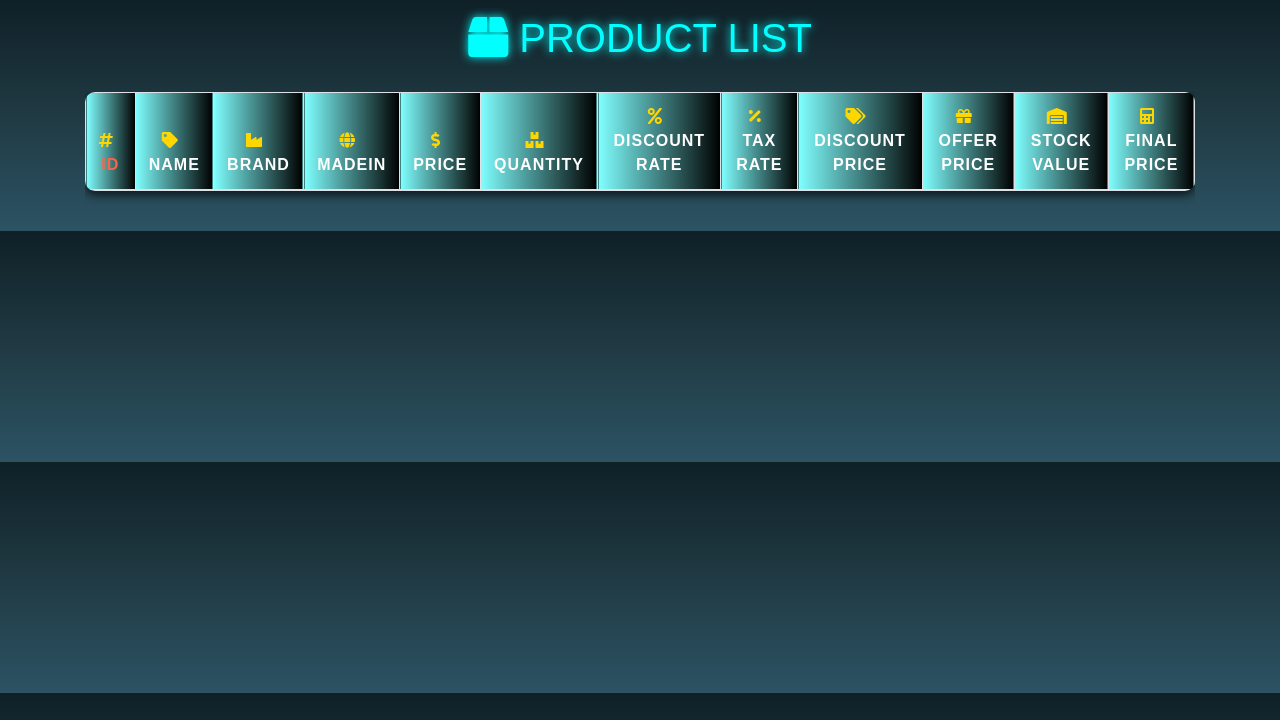
Repository: Ravi-kishor-09/Ravi-projects
Page: http://localhost/product-list
These files come from the project's save history. The page is drawn as it stood at one moment and after the next save; the edit follows.
The browser window is 1280 px wide. The pictures show the whole page.
The page is this project's Thymeleaf template; nobody is signed in. The template is opened directly, without the code that normally fills it, so the values that code supplies are empty.

Above is the page before, as saved 2024-12-20 19:21:21.

### spring1/src/main/resources/templates/product-list.html
<!DOCTYPE html>
<html lang="en">
<head>
    <meta charset="UTF-8">
    <meta name="viewport" content="width=device-width, initial-scale=1.0">
    <title>Product List</title>
    <!-- Bootstrap CSS -->
    <link href="https://maxcdn.bootstrapcdn.com/bootstrap/4.5.2/css/bootstrap.min.css" rel="stylesheet">
    <!-- Font Awesome for Icons -->
    <link href="https://cdnjs.cloudflare.com/ajax/libs/font-awesome/5.15.4/css/all.min.css" rel="stylesheet">
    <style>
        /* General Styles */
        body {
            background: linear-gradient(to bottom, #0f2027, #203a43, #2c5364);
            color: white;
            font-family: 'Arial', sans-serif;
        }
        h1 {
            color: aqua;
            margin-bottom: 20px;
            text-shadow: 0 0 10px aqua;
            animation: text-jump 2s infinite;
        }
        @keyframes text-jump {
            0%, 100% { transform: translateY(0); }
            50% { transform: translateY(-10px); }
        }

        /* Table Styles */
        table {
            background-color: rgba(0, 0, 0, 0.8);
            border-radius: 10px;
            overflow: hidden;
            box-shadow: 0 4px 10px rgba(0, 0, 0, 0.7);
        }
        thead th {
            background: linear-gradient(90deg, rgb(128, 255, 255), rgb(0, 0, 0));
            color: white;
            font-weight: bold;
            text-transform: uppercase;
            letter-spacing: 1px;
        }
        tbody td {
            color: #d4f3ef;
        }
        tbody tr {
            transition: background-color 0.3s, transform 0.3s;
        }
        tbody tr:hover {
            background: #333;
            transform: scale(1.02);
            cursor: pointer;
        }

        /* Column Icons */
        .icon {
            color: gold;
            margin-right: 8px;
        }

        /* Button and Interaction Styles */
        .btn {
            border: none;
            color: white;
            background: linear-gradient(90deg, #56ab2f, #a8e063);
            padding: 8px 15px;
            border-radius: 20px;
            transition: all 0.3s ease-in-out;
        }
        .btn:hover {
            background: linear-gradient(90deg, #a8e063, #56ab2f);
            box-shadow: 0 0 10px #a8e063;
        }

        /* Row Glow Effect */
        tbody tr:hover td {
            text-shadow: 0 0 8px #39ff14;
        }

        /* Responsive Styles */
        @media (max-width: 768px) {
            h1 {
                font-size: 1.5rem;
            }
            table {
                font-size: 0.9rem;
            }
        }
    </style>
</head>
<body>
    <div class="container text-center py-4">
        <h1><i class="fas fa-box"></i> PRODUCT LIST</h1>
        <div class="table-responsive">
            <table class="table table-bordered table-hover">
                <thead>
                    <tr>
                        <th style="color: tomato;"><i class="fas fa-hashtag icon"></i>Id</th>
                        <th><i class="fas fa-tag icon"></i>Name</th>
                        <th><i class="fas fa-industry icon"></i>Brand</th>
                        <th><i class="fas fa-globe icon"></i>MadeIn</th>
                        <th><i class="fas fa-dollar-sign icon"></i>Price</th>
                        <th><i class="fas fa-boxes icon"></i>Quantity</th>
                        <th><i class="fas fa-percent icon"></i>Discount Rate</th>
                        <th><i class="fas fa-percentage icon"></i>Tax Rate</th>
                        <th><i class="fas fa-tags icon"></i>Discount Price</th>
                        <th><i class="fas fa-gift icon"></i>Offer Price</th>
                        <th><i class="fas fa-warehouse icon"></i>Stock Value</th>
                        <th><i class="fas fa-calculator icon"></i>Final Price</th>
                    </tr>
                </thead>
                <tbody>
                    <tr th:each="product : ${products}">
                        <td th:text="${product.Id}"></td>
                        <td th:text="${product.Name}"></td>
                        <td th:text="${product.Brand}"></td>
                        <td th:text="${product.MadeIn}"></td>
                        <td th:text="${product.price}"></td>
                        <td th:text="${product.Quantity}"></td>
                        <td th:text="${product.discountRate}"></td>
                        <td th:text="${product.taxRate}"></td>
                        <td th:text="${product.discountprice}"></td>
                        <td th:text="${product.offerprice}"></td>
                        <td th:text="${product.stockvalue}"></td>
                        <td th:text="${product.finalprice}"></td>
                    </tr>

                </tbody>
            </table>
        </div>
    </div>
</body>
</html>

After the next save:
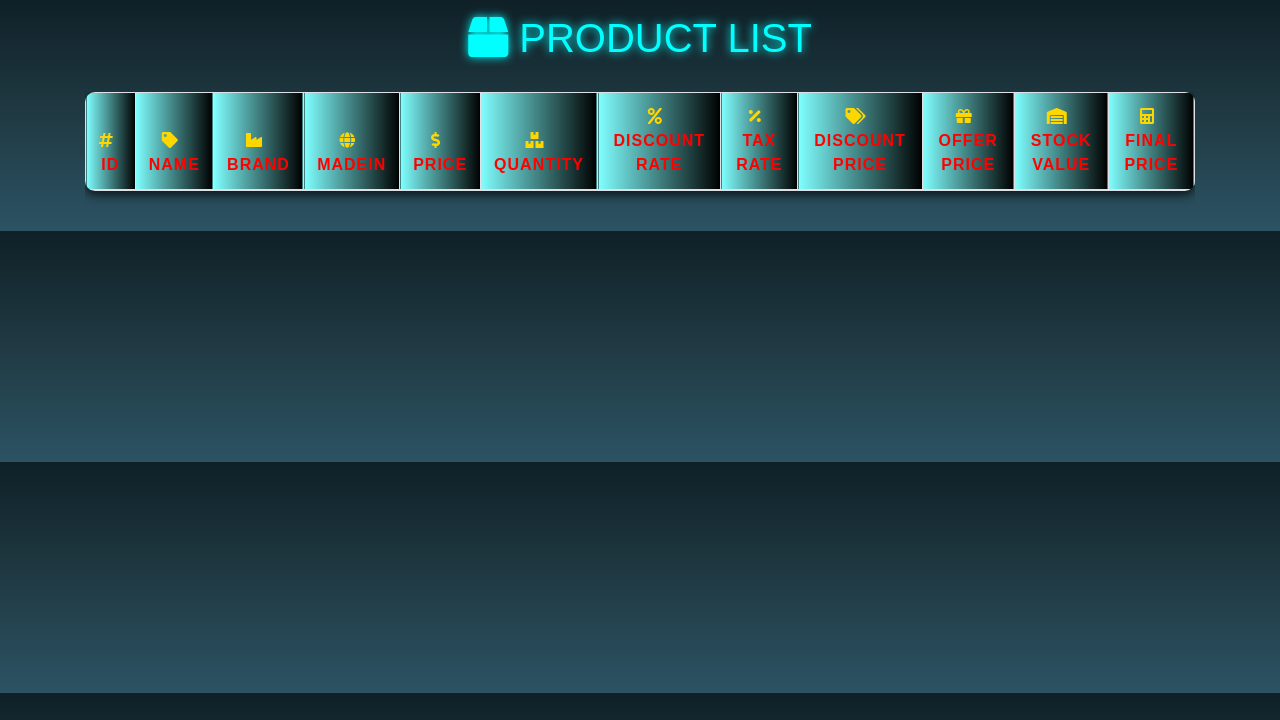
Saved 80 s later.
--- a/spring1/src/main/resources/templates/product-list.html
+++ b/spring1/src/main/resources/templates/product-list.html
@@ -35,7 +35,7 @@
         }
         thead th {
             background: linear-gradient(90deg, rgb(128, 255, 255), rgb(0, 0, 0));
-            color: white;
+            color: rgb(255, 0, 0);
             font-weight: bold;
             text-transform: uppercase;
             letter-spacing: 1px;
@@ -95,7 +95,7 @@
             <table class="table table-bordered table-hover">
                 <thead>
                     <tr>
-                        <th style="color: tomato;"><i class="fas fa-hashtag icon"></i>Id</th>
+                        <th><i class="fas fa-hashtag icon"></i>Id</th>
                         <th><i class="fas fa-tag icon"></i>Name</th>
                         <th><i class="fas fa-industry icon"></i>Brand</th>
                         <th><i class="fas fa-globe icon"></i>MadeIn</th>
